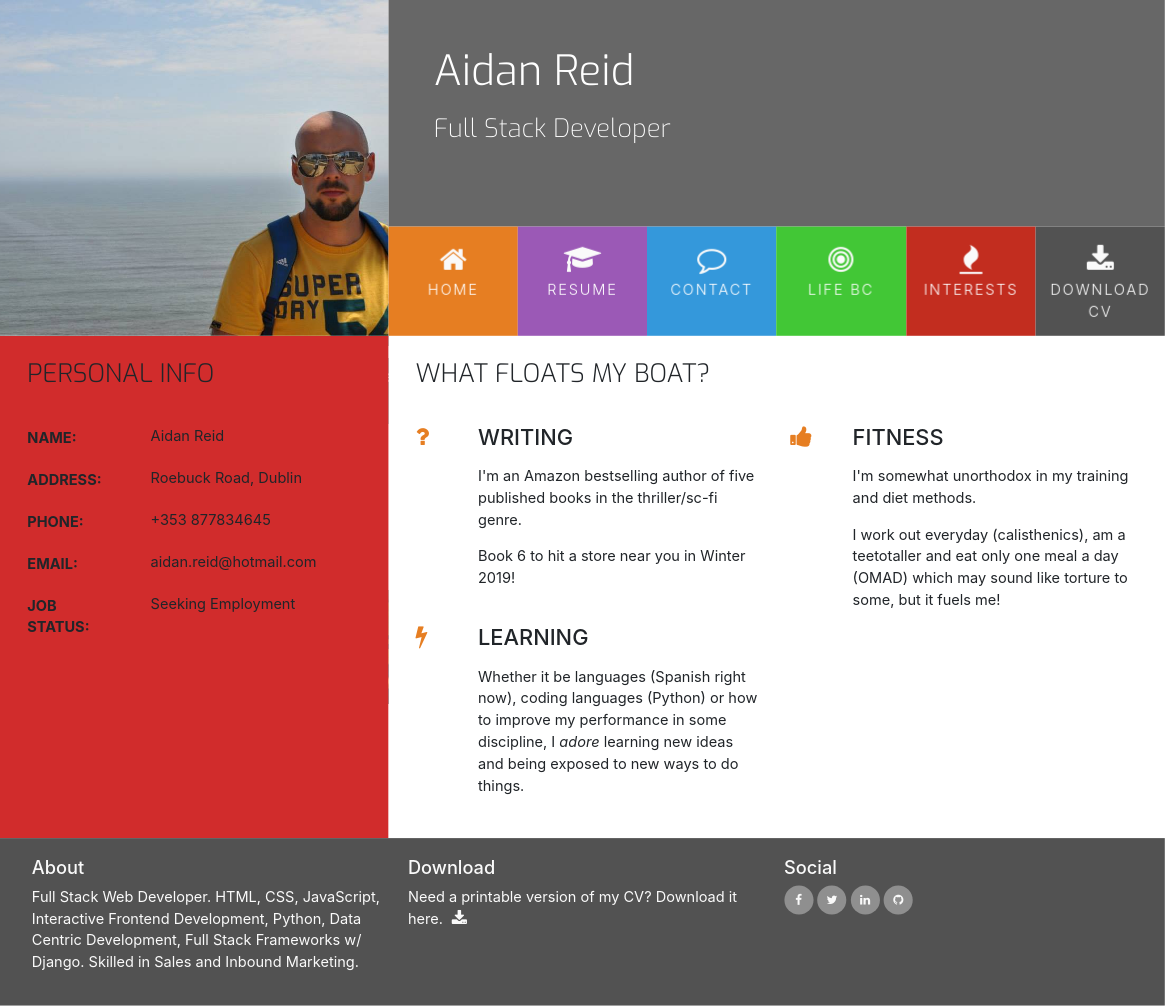
Repository: AidanJReid/Resume
Page: interests.html
The author's editor kept a record of every edit. The page is drawn from the files as they stood at one moment, then again after the next edit.
The browser window is 1280 px wide. The pictures show the whole page, at 91% of full size.

Above is the page before.

After the next edit:
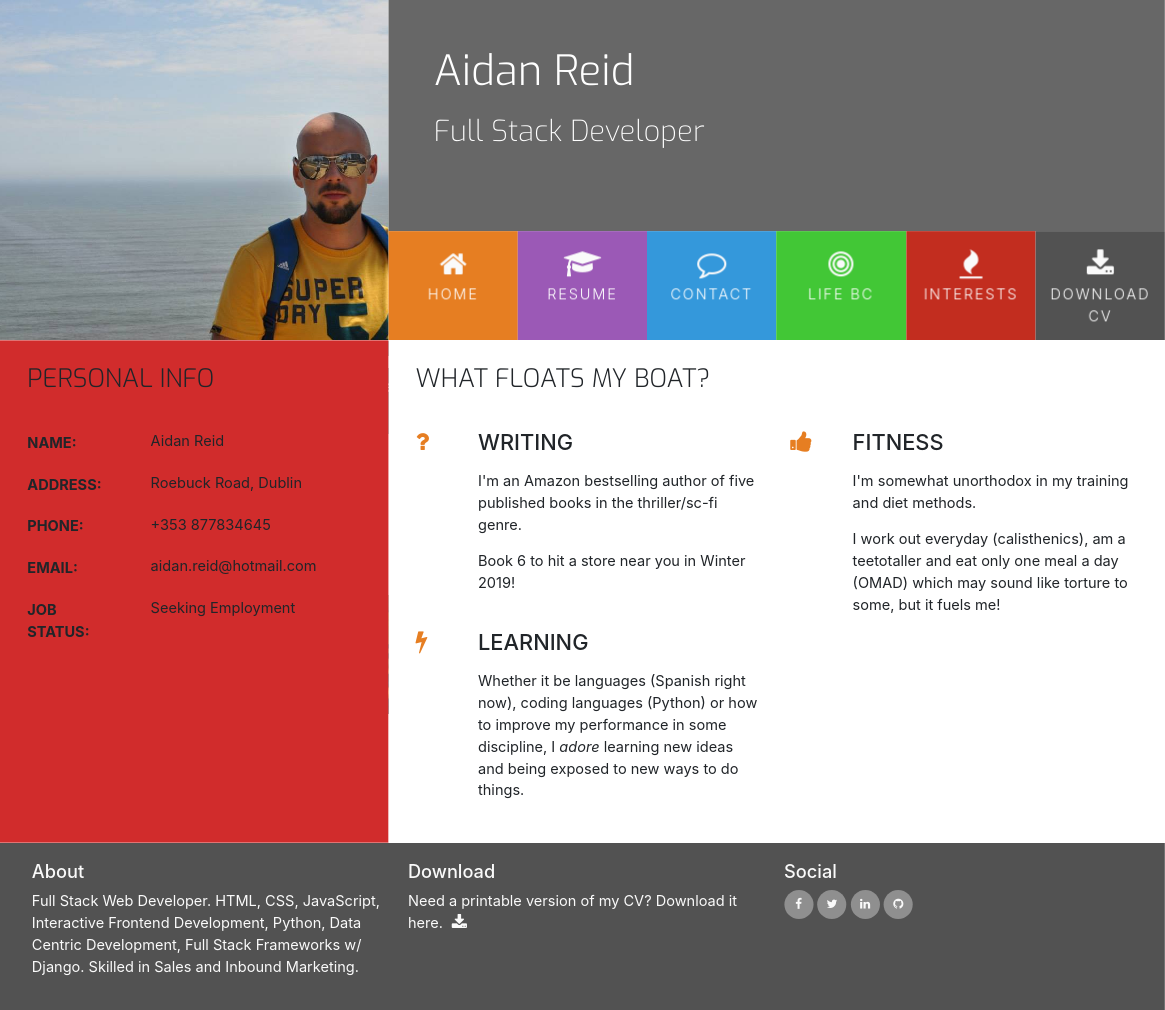
The edit:
--- a/assets/css/style.css
+++ b/assets/css/style.css
@@ -133,7 +133,7 @@
 .title {
     font-family: "Exo", sans-serif;
     font-weight: 200;
-    font-size: 28px;
+    font-size: 32px;
     margin-top: 20px;
     margin-bottom: 90px;
     color: #fff;
